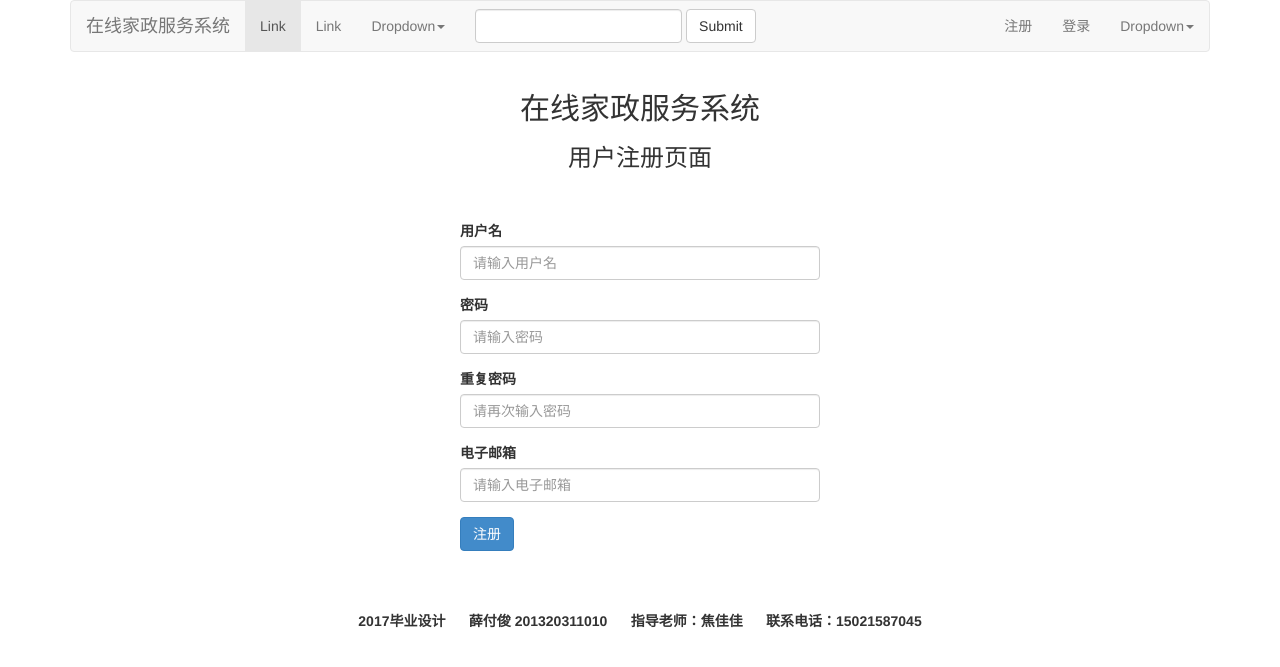
Repository: ELeonCXFJ/MyEclipseWS
Page: http://localhost/MyWeb/jsps/user/register.jsp
An editor plug-in stored every save of this project. The page is shown before and after the next save, followed by the edit.
The browser window is 1280 px wide. The pictures show the whole page.
The page is served by Tomcat 9. Nobody is signed in. The application's start-up code is not run. Other server files are loaded and not shown.

Above is the page before, as saved 2017-03-17 04:57:26.

### MyWeb/WebRoot/jsps/user/register.jsp
<%@ page language="java" import="java.util.*" pageEncoding="UTF-8"%>
<%@ taglib prefix="c" uri="http://java.sun.com/jsp/jstl/core" %>

<!DOCTYPE html>
<html>
<head>
   	<meta charset="utf-8">
   	<meta name="viewport" content="width=device-width, initial-scale=1">
   	<title>用户注册</title>

   	<link rel="stylesheet" href="${pageContext.request.contextPath}/vendor/bootstrap/css/bootstrap.css" />
   	<link rel="stylesheet" href="${pageContext.request.contextPath}/dist/css/bootstrapValidator.css" />

   	<script type="text/javascript" src="${pageContext.request.contextPath}/vendor/jquery/jquery.min.js"></script>
   	<script type="text/javascript" src="${pageContext.request.contextPath}/vendor/bootstrap/js/bootstrap.min.js"></script>
	<script type="text/javascript" src="${pageContext.request.contextPath}/dist/js/bootstrapValidator.js"></script>

</head>

<body>
<div class="container" >

	<div class="row clearfix">
	<c:import url="../../top.jsp"></c:import>
		<div class="col-md-12 column">
		<h2 align="center">在线家政服务系统</h2>
		<h3 align="center">用户注册页面</h3></br></br>
		</div>
	</div>
	<div class="row clearfix">
		<div class="col-md-4 column">
		</div>

		<div class="col-md-4 column">
			<form id="mainform" action="<c:url value='/UserServlet'/>" method="post" role="form">
				<input type="hidden" name="method" value="register"/>
				<div class="form-group">
					 <label for="username">用户名</label>
					 <input type="text" name="username" class="form-control" id="username" placeholder="请输入用户名" data-bv-remote="true"/>
				</div>

				<div class="form-group">
					 <label for="password">密码</label>
					 <input type="password" name="password" class="form-control" id="password" placeholder="请输入密码"  />
				</div>

				<div class="form-group">
					 <label for="confirmpassword">重复密码</label>
					 <input type="password" name="confirmpassword" class="form-control" id="confirmpassword" placeholder="请再次输入密码"  />
				</div>

				<div class="form-group">
					 <label for="email">电子邮箱</label>
					 <input type="text" name="email" class="form-control" id="username" placeholder="请输入电子邮箱"/>
				</div>

				<button type="submit" class="btn btn-primary">注册</button>
			</form>
		</div>
		<div class="col-md-4 column">
		</div>
	</div>
</div>
<c:import url="../../bottom.jsp"></c:import>
<div>
</div>
</div>
<script type="text/javascript">
$("#mainform").bootstrapValidator({
	message:"This value is not valid",
        feedbackIcons: {
            valid: 'glyphicon glyphicon-ok',
            invalid: 'glyphicon glyphicon-remove',
            validating: 'glyphicon glyphicon-refresh'
        },
        fields:{
			username:{
				validators:{
					notEmpty:{
						message:'用户名不能为空'
					},
					stringLength:{
						min:6,
						max:20,
						message:"用户名长度必须在6-20个字符之间"
					},
					regexp:{
						regexp:/^[a-zA-Z0-9_\.]+$/,
						message:"用户名只能由字母、数字、点和下划线组成",
					},
					threshold:6,
					remote:{
						url:'../../UserServlet?method=ajaxValidatorUserName',
						data:{username:$("#username").text()},
						delay : 1000,
						type:'POST',
						message:'该用户已存在',
					},
				}
			},

			password:{
				validators:{
					notEmpty:{
						message:'密码不能为空'
					},
					identical:{
						field: 'confirmpassword',
						message: '两次输入的密码不相同',
					},
					different:{
						field: 'username',
						message:'用户密码不能和账户名相同'
					},
					stringLength:{
						min:5,
						max:20,
						message:'密码长度必须在5-20个字符之间'
					},
				}
			},

			confirmpassword:{
				validators:{
					notEmpty:{
						message:'请重复输入密码'
					},
					identical:{
						field: 'password',
						message: '两次输入的密码不相同',
					},
					different:{
						field: 'username',
						message:'用户密码不能和账户名相同'
					},
					stringLength:{
						min:5,
						max:20,
						message:"密码长度必须在5-20个字符之间"
					},
				}
			},
			email:{
				validators:{
					emailAddress:{
						message:"当前输入的邮箱格式有误，请确认该邮箱为有效邮箱地址"
					},
					notEmpty:{
						message:'电子邮箱不能为空'
					},
					remote:{
						url:'../../UserServlet?method=ajaxValidatorEmail',
						data:{username:$("#email").text()},
						delay : 1000,
						type:'POST',
						message:'该邮箱已被注册',
					},
				}
			},
        }
    });
</script>
</body>
</html>

### MyWeb/WebRoot/top.jsp
<%@ page language="java" import="java.util.*" pageEncoding="UTF-8"%>
<%@ taglib prefix="c" uri="http://java.sun.com/jsp/jstl/core" %>

<!DOCTYPE html>
<html>
<head>
   <meta charset="utf-8">
   <title>导航栏</title>
</head>
<body>

<div class="container" align="center">
	<div class="row clearfix">
		<div class="col-md-12 column">
			<nav class="navbar navbar-default" role="navigation">
				<div class="navbar-header">
					 <button type="button" class="navbar-toggle" data-toggle="collapse" data-target="#bs-example-navbar-collapse-1"> <span class="sr-only">Toggle navigation</span><span class="icon-bar"></span><span class="icon-bar"></span><span class="icon-bar"></span></button> <a class="navbar-brand" href="../../index.jsp">在线家政服务系统</a>
				</div>
				<div class="collapse navbar-collapse" id="bs-example-navbar-collapse-1">
					<ul class="nav navbar-nav">
						<li class="active">
							 <a href="#">Link</a>
						</li>
						<li>
							 <a href="#">Link</a>
						</li>
						<li class="dropdown">
							 <a href="#" class="dropdown-toggle" data-toggle="dropdown">Dropdown<strong class="caret"></strong></a>
							<ul class="dropdown-menu">
								<li>
									 <a href="#">Action</a>
								</li>
								<li>
									 <a href="#">Another action</a>
								</li>
								<li>
									 <a href="#">Something else here</a>
								</li>
								<li class="divider">
								</li>
								<li>
									 <a href="#">Separated link</a>
								</li>
								<li class="divider">
								</li>
								<li>
									 <a href="#">One more separated link</a>
								</li>
							</ul>
						</li>
					</ul>
					<form class="navbar-form navbar-left" role="search">
						<div class="form-group">
							<input type="text" class="form-control" />
						</div> <button type="submit" class="btn btn-default">Submit</button>
					</form>
					<ul class="nav navbar-nav navbar-right">
						<li>
							 <a href="<c:url value='/jsps/user/register.jsp'/>">注册</a>
						</li>
						<li>
							<a href="<c:url value='/jsps/user/login.jsp' />">登录</a>
						</li>
						<li class="dropdown">
							 <a href="#" class="dropdown-toggle" data-toggle="dropdown">Dropdown<strong class="caret"></strong></a>
							<ul class="dropdown-menu">
								<li>
									 <a href="#">Action</a>
								</li>
								<li>
									 <a href="#">Another action</a>
								</li>
								<li>
									 <a href="#">Something else here</a>
								</li>
								<li class="divider">
								</li>
								<li>
									 <a href="#">Separated link</a>
								</li>
							</ul>
						</li>
					</ul>
				</div>
			</nav>
		</div>
	</div>
</div>
</body>

### MyWeb/WebRoot/bottom.jsp
<%@ page language="java" import="java.util.*" pageEncoding="UTF-8"%>
<%@ taglib prefix="c" uri="http://java.sun.com/jsp/jstl/core" %>

<!DOCTYPE html>
<html>
<head>
   <meta charset="utf-8">
   <title>页脚</title>
</head>
<body>

	<div align="center">
		<label for=“bottom"></br></br></br>2017毕业设计&nbsp;&nbsp;&nbsp;&nbsp;&nbsp;&nbsp;薛付俊 201320311010&nbsp;&nbsp;&nbsp;&nbsp;&nbsp;&nbsp;指导老师：焦佳佳&nbsp;&nbsp;&nbsp;&nbsp;&nbsp;&nbsp;联系电话：15021587045</label>
	</div>
	<div style="display:none;">
		<label for="hide">bootstrapvalidator引用自：https://github.com/nghuuphuoc/bootstrapvalidator</label>
	</div>
</body>

Loaded but not shown: MyWeb/WebRoot/dist/css/bootstrapValidator.css (common file); MyWeb/WebRoot/dist/js/bootstrapValidator.js (library)

After the next save:
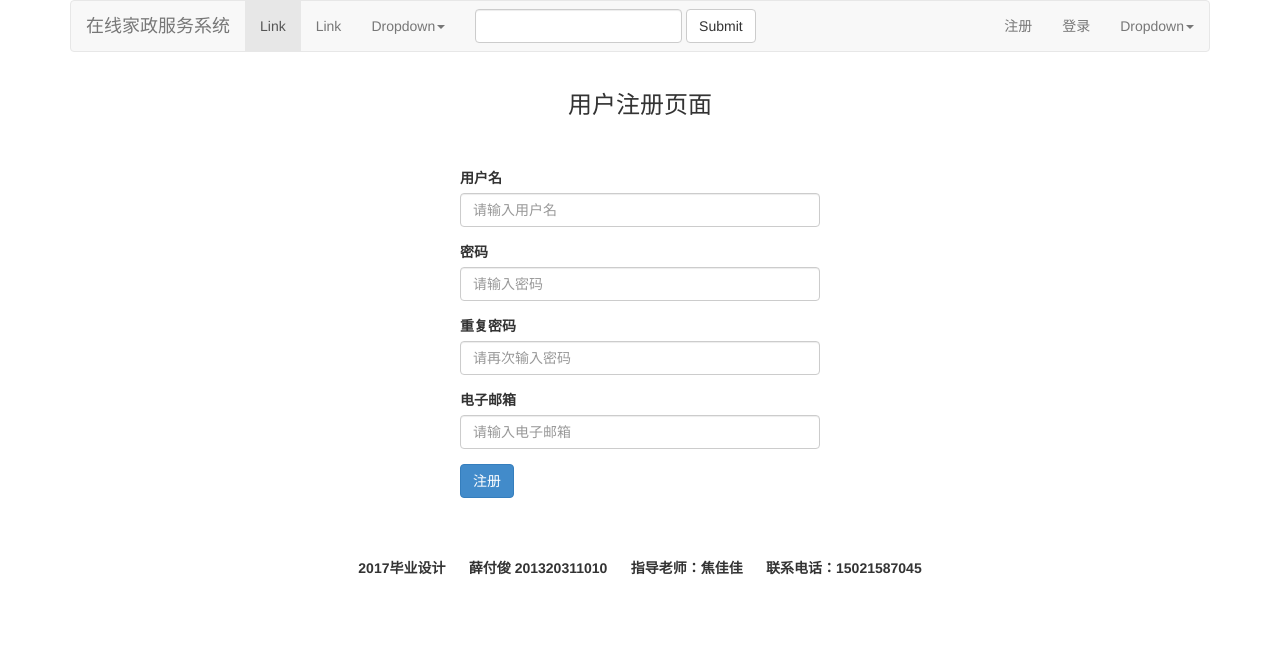
Saved 14 s later.
--- a/MyWeb/WebRoot/jsps/user/register.jsp
+++ b/MyWeb/WebRoot/jsps/user/register.jsp
@@ -23,7 +23,6 @@
 	<div class="row clearfix">
 	<c:import url="../../top.jsp"></c:import>
 		<div class="col-md-12 column">
-		<h2 align="center">在线家政服务系统</h2>
 		<h3 align="center">用户注册页面</h3></br></br>
 		</div>
 	</div>
